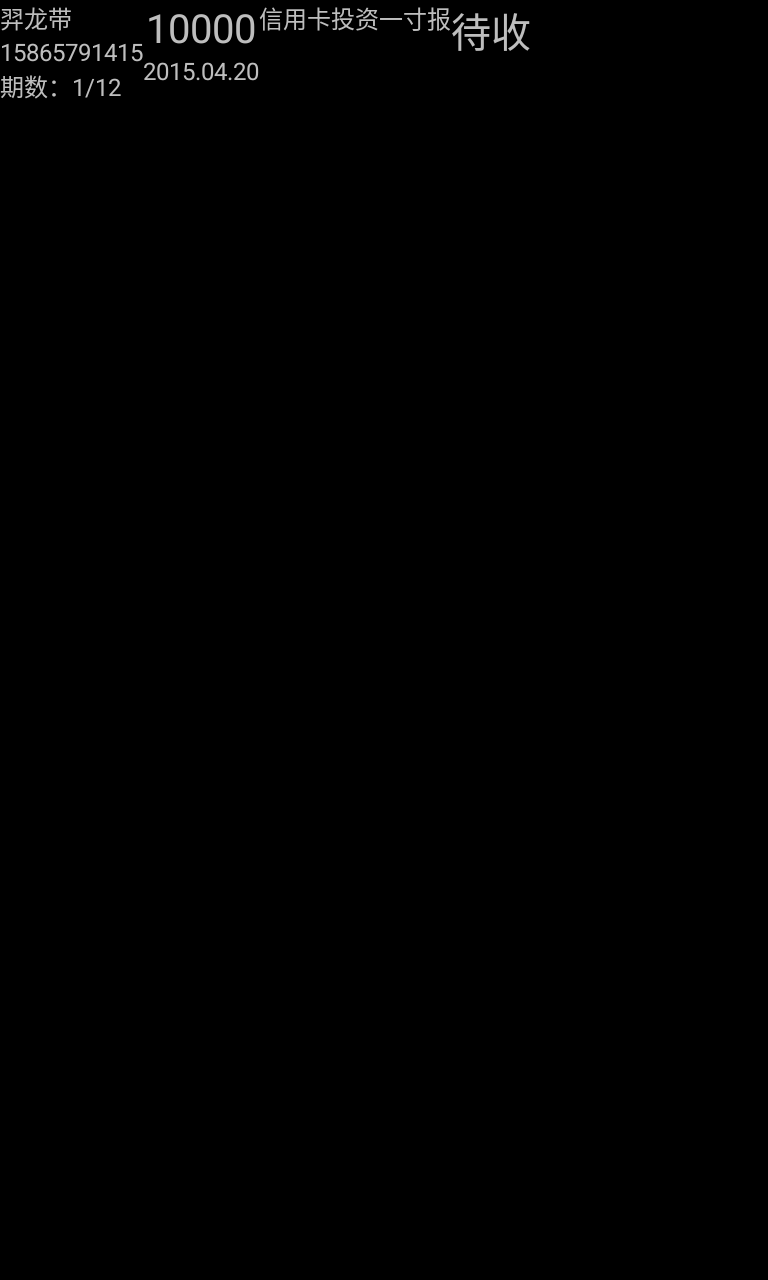
Repository: gongxinge/money-android
Layout: P2P/res/layout/billdetaillistitem.xml
The author's editor kept a copy of each file at every save. The layout is drawn from the files as they stood at one save, then again after the next save.
It is drawn on a 768 x 1280 px phone screen (xhdpi) without system bars, with theme android:Theme; the app's code is not run.

Above is the layout before, as saved 2015-06-28 03:20:41.

### P2P/res/layout/billdetaillistitem.xml
<?xml version="1.0" encoding="utf-8"?>
<LinearLayout xmlns:android="http://schemas.android.com/apk/res/android"
    android:layout_width="match_parent"
    android:layout_height="match_parent"
    android:orientation="horizontal" >

    <LinearLayout
        android:id="@+id/llCenter"
        android:layout_width="wrap_content"
        android:layout_height="wrap_content"
        android:orientation="vertical">"

        <TextView
            android:id="@+id/tvSiteName"
            android:layout_width="wrap_content"
            android:layout_height="wrap_content"
            android:text="羿龙带"
            android:textSize="12dp" />


        <TextView
            android:id="@+id/tvSiteUserName"
            android:layout_width="wrap_content"
            android:layout_height="wrap_content"
            android:text="15865791415"
            android:textSize="12dp" />



        <TextView
            android:id="@+id/tvPeriods"
            android:layout_width="wrap_content"
            android:layout_height="wrap_content"
            android:text="期数：1/12"
            android:textSize="12dp" />
    </LinearLayout>

    <LinearLayout
        android:id="@+id/llLeft"
        android:layout_width="wrap_content"
        android:layout_height="wrap_content"
        android:orientation="vertical" >

        <TextView
            android:id="@+id/tvRecAll"
            android:layout_width="wrap_content"
            android:layout_height="wrap_content"
            android:layout_gravity="center_horizontal"
            android:text="10000"
            android:textSize="20dp" />

        <TextView
            android:id="@+id/tvRecDate"
            android:layout_width="wrap_content"
            android:layout_height="wrap_content"
            android:layout_gravity="center_horizontal"
            android:text="2015.04.20"
            android:textSize="12dp" />
    </LinearLayout>

    <LinearLayout
        android:id="@+id/llRight"
        android:layout_width="wrap_content"
        android:layout_height="wrap_content"
        android:orientation="vertical" >

        <TextView
            android:id="@+id/tvRemark"
            android:layout_width="wrap_content"
            android:layout_height="wrap_content"
            android:layout_gravity="center_horizontal"
            android:text="信用卡投资一寸报"
            android:textSize="12dp" />
    </LinearLayout>



        <TextView
            android:id="@+id/tvState"
            android:layout_width="wrap_content"
            android:layout_height="wrap_content"
            android:text="待收"
            android:textSize="20dp" />


</LinearLayout>

After the next save:
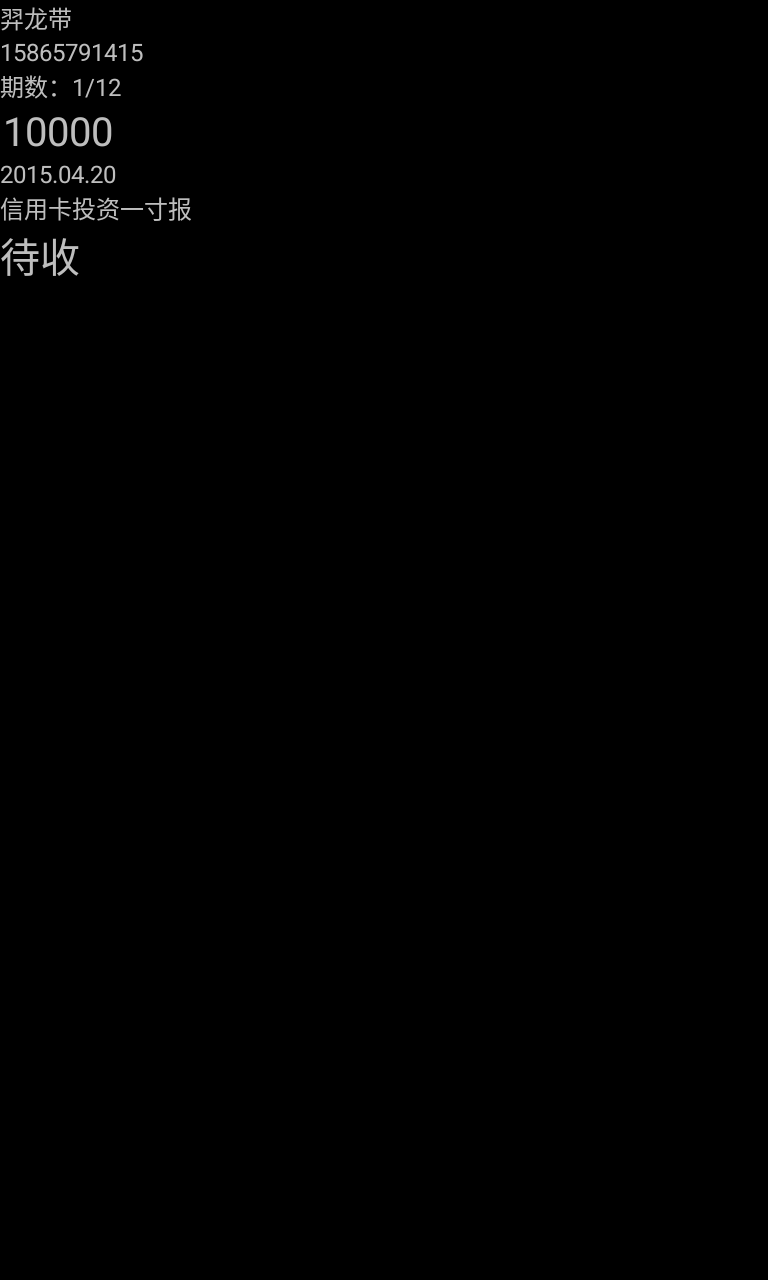
Saved 43 s later.
--- a/P2P/res/layout/billdetaillistitem.xml
+++ b/P2P/res/layout/billdetaillistitem.xml
@@ -3,6 +3,12 @@
     android:layout_width="match_parent"
     android:layout_height="match_parent"
     android:orientation="horizontal" >
+
+        <LinearLayout
+        android:id="@+id/llCenter"
+        android:layout_width="wrap_content"
+        android:layout_height="wrap_content"
+        android:orientation="vertical">"
 
     <LinearLayout
         android:id="@+id/llCenter"

After the save that followed:
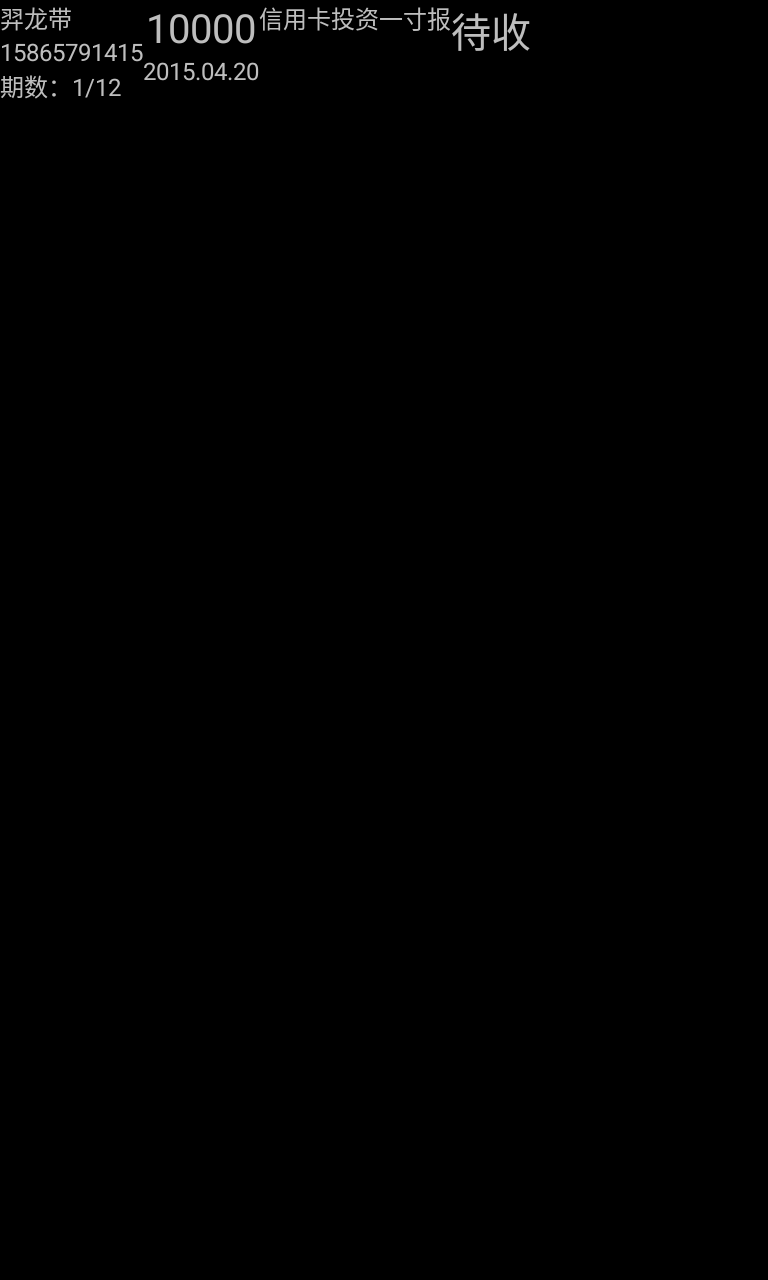
Saved 9 s later.
--- a/P2P/res/layout/billdetaillistitem.xml
+++ b/P2P/res/layout/billdetaillistitem.xml
@@ -9,6 +9,8 @@
         android:layout_width="wrap_content"
         android:layout_height="wrap_content"
         android:orientation="vertical">"
+
+        </LinearLayout>
 
     <LinearLayout
         android:id="@+id/llCenter"
